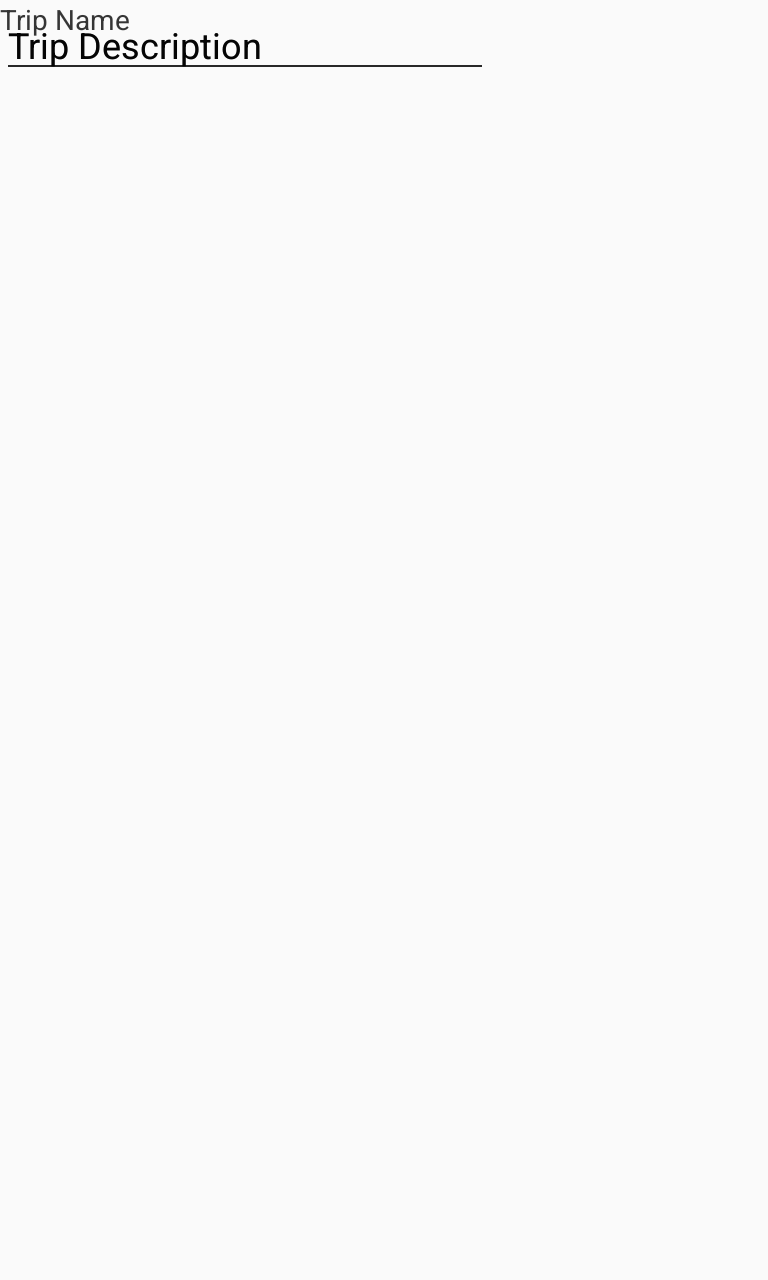
Repository: bandikishores/ShareMyTrip
Layout: ShareMyTrip/res/layout/activity_add_trip.xml
An editor plug-in stored every save of this project. The layout is shown before and after the next save, followed by the edit.
It is drawn on a 768 x 1280 px phone screen (xhdpi) without system bars, with theme AppTheme; the app's code is not run.

Above is the layout before, as saved 2014-12-25 13:34:55.

### ShareMyTrip/res/layout/activity_add_trip.xml
<RelativeLayout xmlns:android="http://schemas.android.com/apk/res/android"
    xmlns:tools="http://schemas.android.com/tools"
    android:layout_width="match_parent"
    android:layout_height="match_parent"
    tools:context="${relativePackage}.${activityClass}" >

    <!-- <TextView
        android:layout_width="wrap_content"
        android:layout_height="wrap_content"
        android:text="@string/Add a New Trip" /> -->

    <TextView
        android:layout_width="wrap_content"
        android:layout_height="wrap_content"
        android:text="@string/trip_name" />

    <EditText android:inputType="text"
        android:layout_width="wrap_content"
        android:layout_height="wrap_content"
        android:text="@string/trip_desc"
        android:hint="@string/enter_trip_name"
        android:id="@+id/trip_name_entered"
        />

    <TextView
        android:layout_width="wrap_content"
        android:layout_height="wrap_content"
        android:text="@string/trip_name" />

    <EditText android:inputType="text"
        android:layout_width="wrap_content"
        android:layout_height="wrap_content"
        android:text="@string/trip_desc"
        android:hint="@string/enter_trip_name"
        android:id="@+id/trip_name_entered"
        />


</RelativeLayout>

### ShareMyTrip/res/values/strings.xml
<?xml version="1.0" encoding="utf-8"?>
<resources>

    <string name="app_name">Share My Trip</string>
    <string name="title_section1">All Trips</string>
    <string name="title_section2">Section 2</string>
    <string name="title_section3">Section 3</string>
    <string name="navigation_drawer_open">Open navigation drawer</string>
    <string name="navigation_drawer_close">Close navigation drawer</string>
    <string name="action_example">Example action</string>
    <string name="action_settings">Settings</string>
    <string name="hello">hello</string>
    <string name="title_activity_trip">TripActivity</string>
    <string name="hello_world">Hello world!</string>
    <string name="title_activity_add_trip">Add a New Trip</string>
    <string name="trip_name">Trip Name</string>
    <string name="enter_trip_name">Please Enter the name of Trip</string>
    <string name="trip_desc">Trip Description</string>

</resources>

Loaded but not shown: ShareMyTrip/res/values/styles.xml (common file); ShareMyTrip/res/values-v11/styles.xml (common file); ShareMyTrip/res/values-v14/styles.xml (common file)

After the next save:
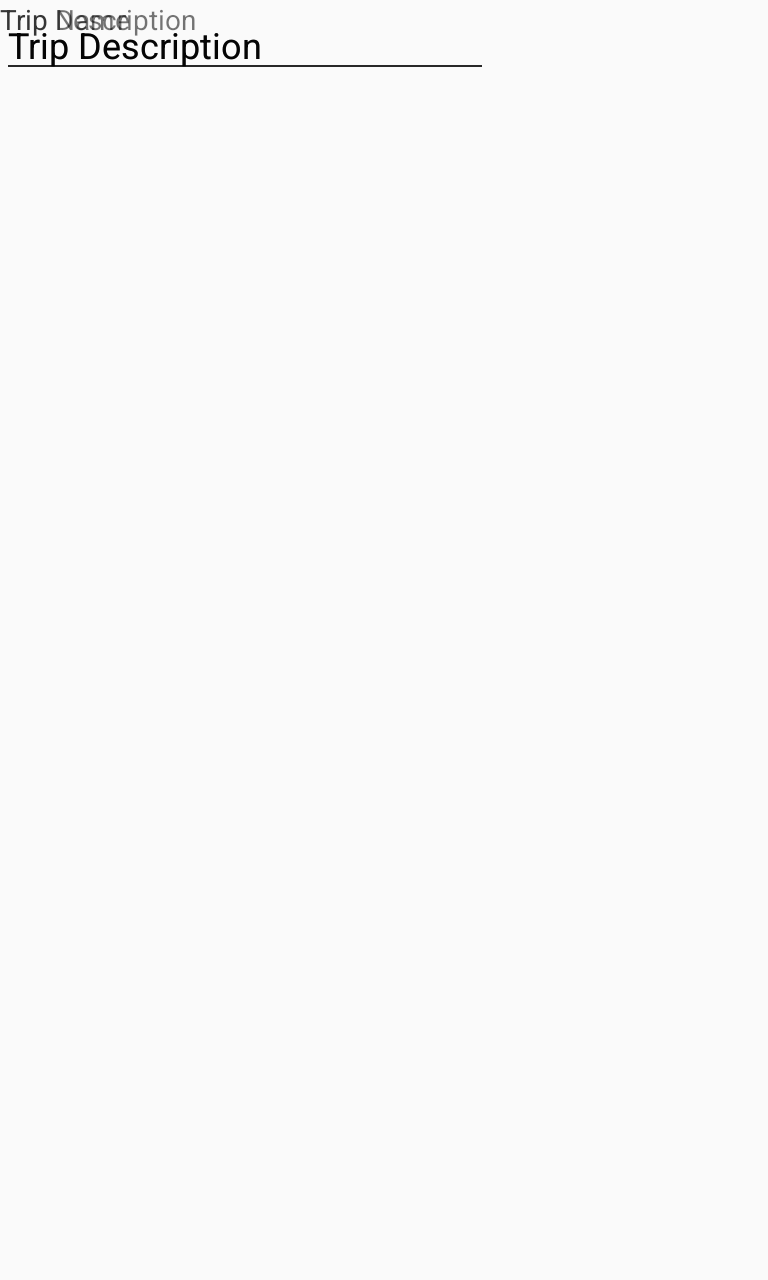
Saved 11 s later.
--- a/ShareMyTrip/res/layout/activity_add_trip.xml
+++ b/ShareMyTrip/res/layout/activity_add_trip.xml
@@ -25,7 +25,7 @@
     <TextView
         android:layout_width="wrap_content"
         android:layout_height="wrap_content"
-        android:text="@string/trip_name" />
+        android:text="@string/trip_desc" />
 
     <EditText android:inputType="text"
         android:layout_width="wrap_content"
